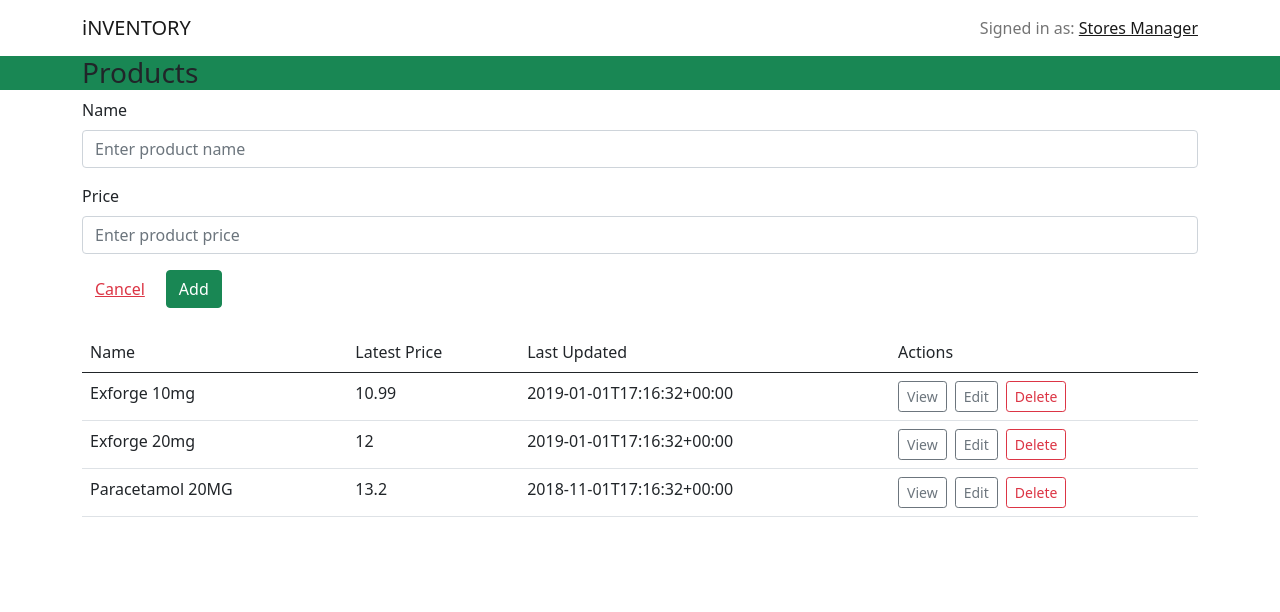
Repository: tHEO2k17/inventory-manager
Page: /
An editor plug-in stored every save of this project. The page is shown before and after the next save, followed by the edit.
The browser window is 1280 px wide. The pictures show the whole page.
The project was rebuilt for these pictures with package versions that can differ from the ones it lists, and the page was loaded fresh each time.

Above is the page before, as saved 2021-08-31 09:17:27.

### src/index.tsx
import React from 'react';
import ReactDOM from 'react-dom';
import './index.scss';
import App from './presentation/App';

ReactDOM.render(
  <React.StrictMode>
    <App />
  </React.StrictMode>,
  document.getElementById('root')
);

### src/presentation/App.tsx
import ProductsPage from './pages/ProductsPage';

export default function App() {
  return ( <ProductsPage/> );
}

### src/presentation/pages/ProductsPage.tsx
import { Component } from "react"
import { Container, Table } from "react-bootstrap";
import { mock } from "../../core/mock";
import Banner from "../components/Banner";
import Product from "../components/Product";
import ProductForm from "../components/ProductForm";
import TopBar from "../components/TopBar";

export default class ProductsPage extends Component {
    // constructor(props: any) {
    //     super(props);
    // }

    render() {
        return (
            <>
            <TopBar/>
            <Banner/>
            <Container>
                <ProductForm/>
                <br/>
                <Table>
                    <thead>
                        <tr>
                            <td>Name</td>
                            <td>Latest Price</td>
                            <td>Last Updated</td>
                            <td>Actions</td>
                        </tr>
                    </thead>
                    <tbody>
                        {
                            mock.products.map(product => <Product key={product.id} product={product} />)
                        }
                    </tbody>
                </Table>
            </Container>
            </>
        );
    }
}

### src/core/mock.ts
export const mock = {
    "products": [
        {
            "id": 1,
            "name": "Exforge 10mg",
            "prices": [
                {
                    "id": 1,
                    "price": 10.99,
                    "date": "2019-01-01T17:16:32+00:00"
                },
                {
                    "id": 2,
                    "price": 9.20,
                    "date": "2018-11-01T17:16:32+00:00"
                }
            ]
        },
        {
            "id": 2,
            "name": "Exforge 20mg",
            "prices": [
                {
                    "id": 3,
                    "price": 12.00,
                    "date": "2019-01-01T17:16:32+00:00"
                },
                {
                    "id": 4,
                    "price": 13.20,
                    "date": "2018-11-01T17:16:32+00:00"
                }
            ]
        },
        {
            "id": 3,
            "name": "Paracetamol 20MG",
            "prices": [
                {
                    "id": 5,
                    "price": 5.00,
                    "date": "2017-01-01T17:16:32+00:00"
                },
                {
                    "id": 6,
                    "price": 13.20,
                    "date": "2018-11-01T17:16:32+00:00"
                }
            ]
        }
    ]
};

### src/presentation/components/Banner.tsx
import { Container } from "react-bootstrap";

const Banner = () => {
    return (
       <section className="bg-success">
           <Container>
               <h3>Products</h3>

           </Container>
       </section>
    );
}

export default Banner;

### src/presentation/components/Product.tsx
import { Button } from "react-bootstrap"
import moment from 'moment';

const Product = ({ product }: ProductProps) => {

    const findLatestPriceInfo = (prices: any[]): any => {
        return prices.reduce(
            (acc: any, value: any) =>
                moment(acc.date).isAfter(value.date)
                    ? acc
                    : value
        );
    }

    return (
        <tr>
            <td>{product.name}</td>
            <td>{findLatestPriceInfo(product.prices).price}</td>
            <td>{findLatestPriceInfo(product.prices).date}</td>
            <td>
                <Button size="sm" variant="outline-secondary">View</Button>
                <Button size="sm" variant="outline-secondary" className="mx-2">Edit</Button>
                <Button size="sm" variant="outline-danger">Delete</Button>
            </td>
        </tr>
    );

}

export default Product;

type ProductProps = {
    key: any,
    product: any
}

### src/presentation/components/ProductForm.tsx
import { Component } from "react";
import { Button, Form } from "react-bootstrap";

export default class ProductForm extends Component {
    // constructor(props: any) {
    //     super(props);
    // }

    render() {
        return (
            <Form>
                <Form.Group className="mb-3">
                    <Form.Label>Name</Form.Label>
                    <Form.Control type="text" placeholder="Enter product name" />
                </Form.Group>

                <Form.Group className="mb-3">
                    <Form.Label>Price</Form.Label>
                    <Form.Control type="text" placeholder="Enter product price" />
                </Form.Group>

                <Form.Group>
                    <Button variant="link" className="me-2 text-danger">Cancel</Button>
                    <Button variant="success">Add</Button>
                </Form.Group>

            </Form>
        );
    }
}

### src/presentation/components/TopBar.tsx
import { Container, Navbar } from "react-bootstrap";

const TopBar = () => {
    return (
        <Navbar>
            <Container>
                <Navbar.Brand href="#home">iNVENTORY</Navbar.Brand>
                <Navbar.Toggle />
                <Navbar.Collapse className="justify-content-end">
                    <Navbar.Text>
                        Signed in as: <a href="#login">Stores Manager</a>
                    </Navbar.Text>
                </Navbar.Collapse>
            </Container>
        </Navbar>
    );
}

export default TopBar;

Loaded but not shown: public/index.html (common file); src/index.scss (common file)

After the next save:
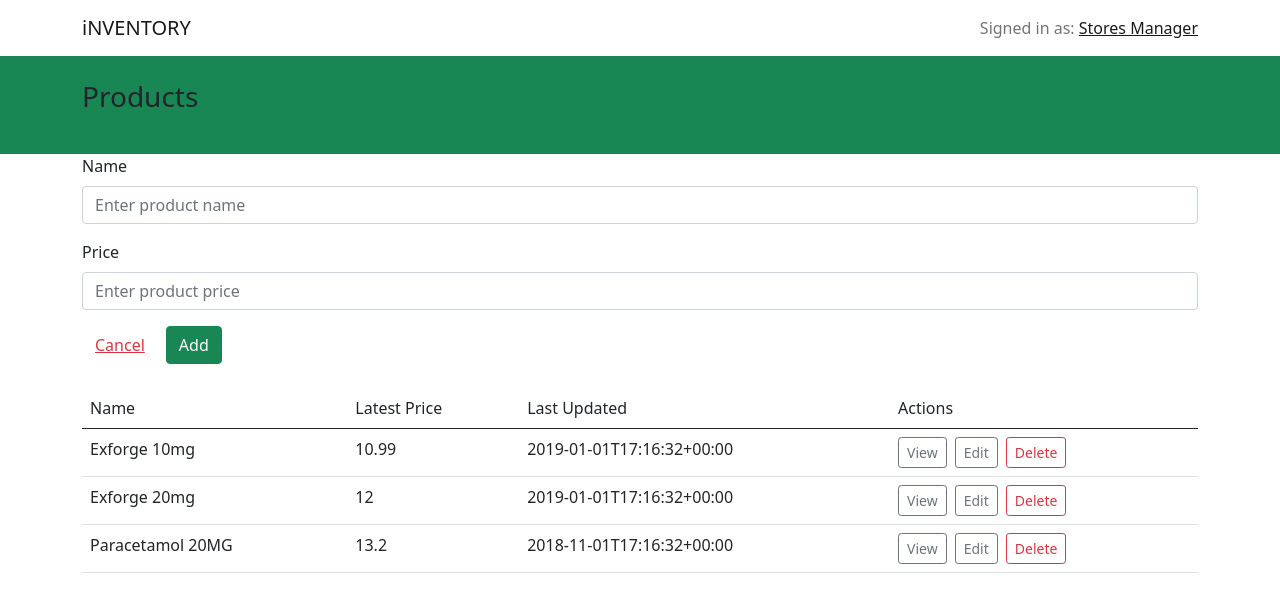
Saved 16 s later.
--- a/src/presentation/components/Banner.tsx
+++ b/src/presentation/components/Banner.tsx
@@ -3,8 +3,9 @@ import { Container } from "react-bootstrap";
 const Banner = () => {
     return (
        <section className="bg-success">
-           <Container>
+           <Container className="py-4">
                <h3>Products</h3>
+               <p></p>
 
            </Container>
        </section>
